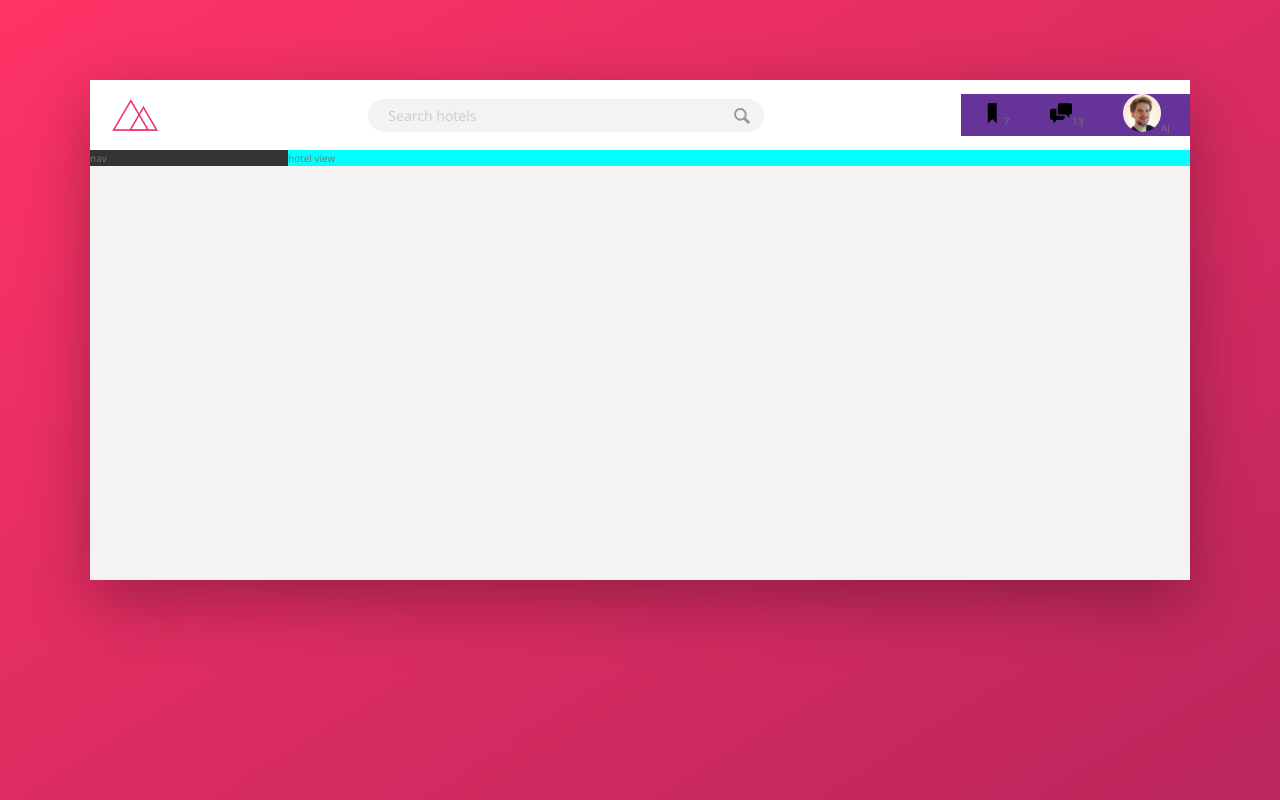
Repository: ajayaj2001/modern-Hotel
Page: /
The author's editor kept a copy of each file at every save. The page is drawn from the files as they stood at one save, then again after the next save.
The browser window is 1280 px wide. The pictures show the whole page.
The project was rebuilt for these pictures with package versions that can differ from the ones it lists, and the page was loaded fresh each time.

Above is the page before, as saved 2020-12-13 12:15:23.

After the next save:
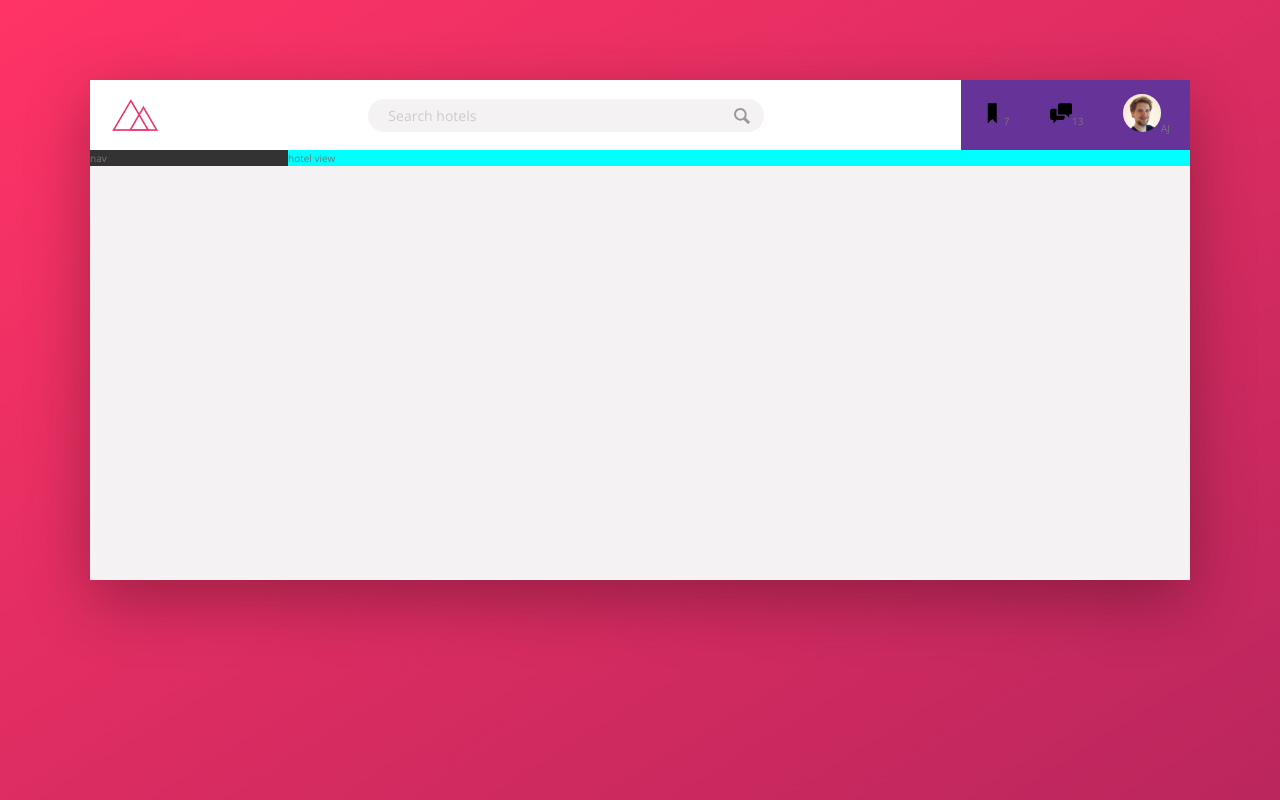
Saved 2 min 18 s later.
--- a/src/header/Header.scss
+++ b/src/header/Header.scss
@@ -60,6 +60,7 @@
 
 .user-nav {
     background-color: rebeccapurple;
+    align-self: stretch;
     display: flex;
     align-items: center;
     & > * {
